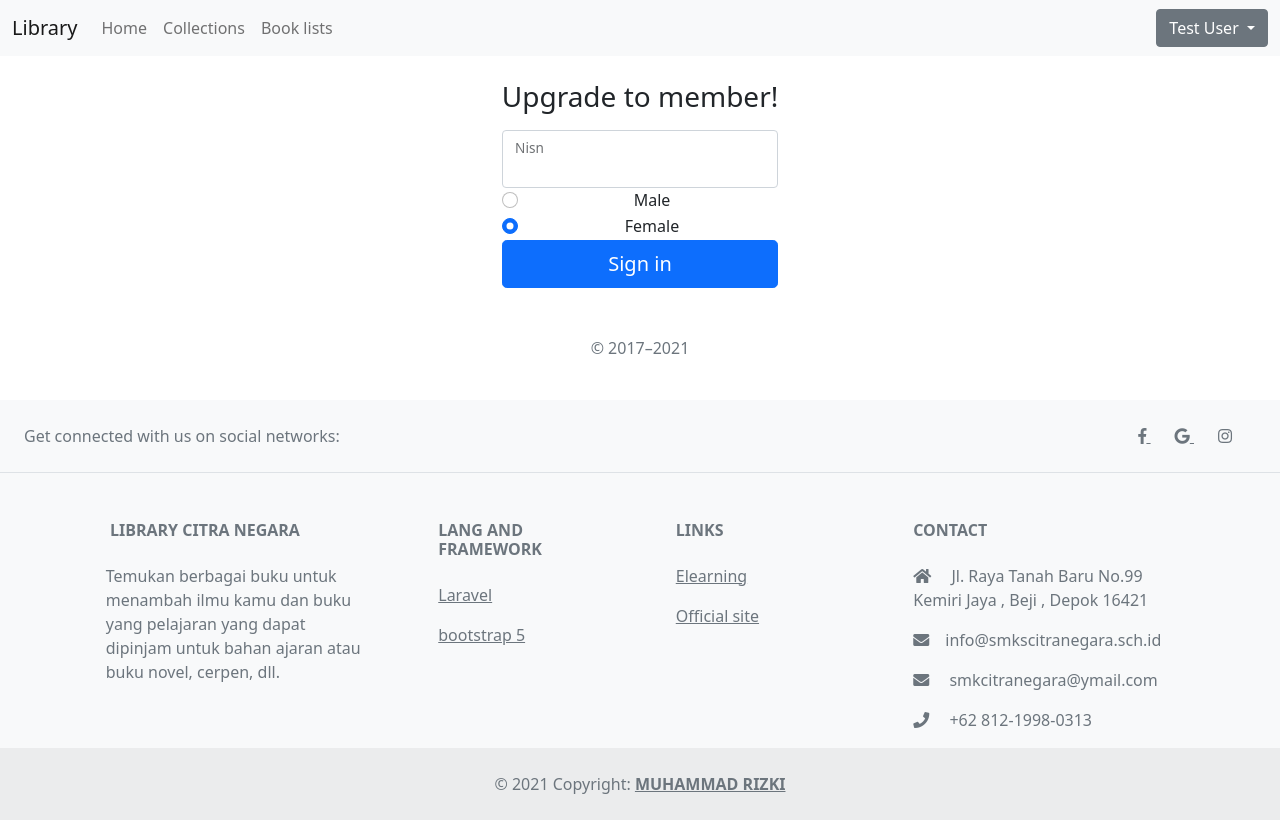
Repository: humanrizki/app-perpus-laravel-8
Page: resources/views/profile/show.blade.php
The author's editor kept a copy of each file at every save. The page is drawn from the files as they stood at one save, then again after the next save.
The browser window is 1280 px wide. The pictures show the whole page.
Some web libraries are served in a nearby version. The page is served by the project's Laravel application, run on PHP 8.4 with Laravel 8. A made-up administrator, Test User (test@example.com), is signed in. The template is opened directly, without the code that normally fills it, so the values that code supplies are empty.

Above is the page before, as saved 2021-11-26 15:10:33.

After the next save:
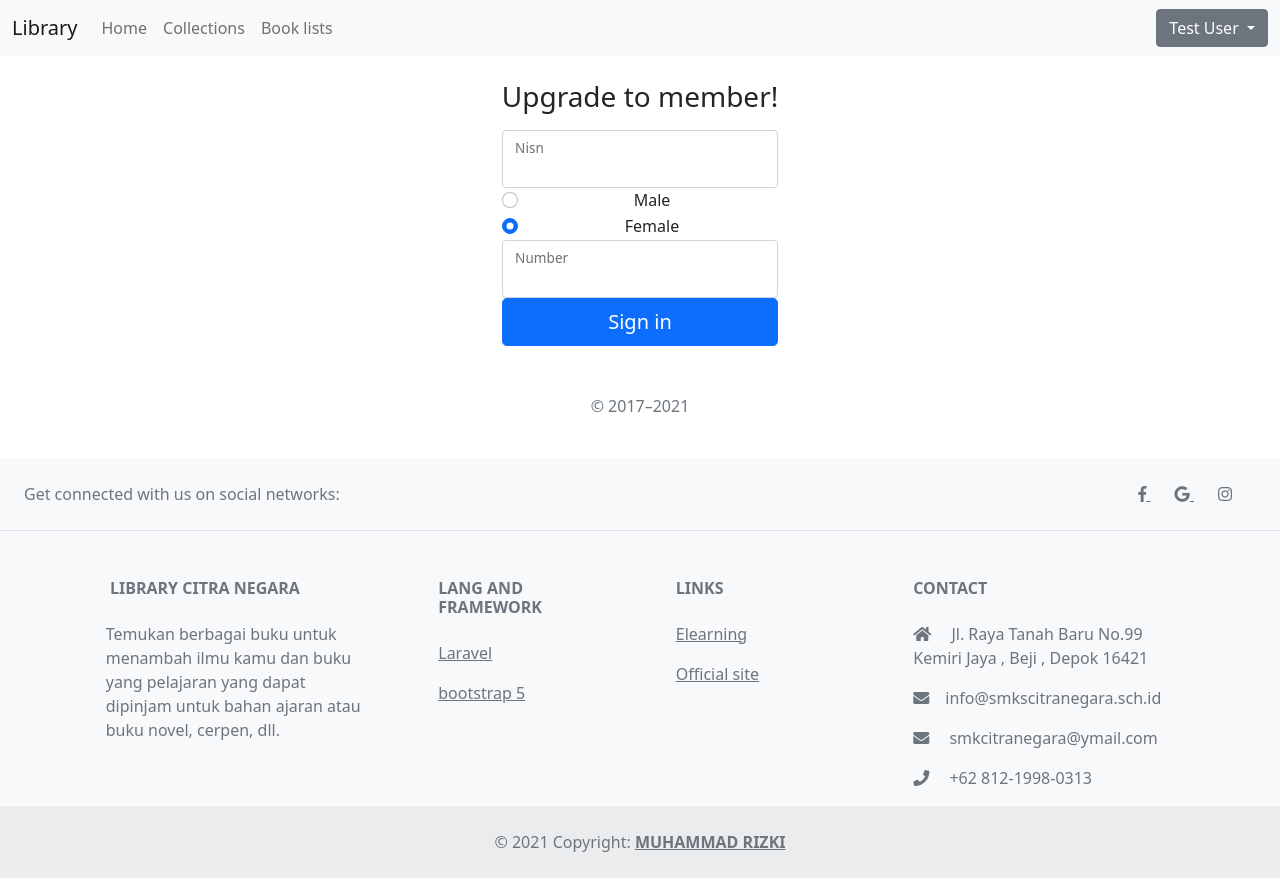
Saved 25 s later.
--- a/resources/views/profile/show.blade.php
+++ b/resources/views/profile/show.blade.php
@@ -31,6 +31,10 @@
                                 Female
                             </label>
                         </div>
+                        <div class="form-floating">
+                            <input type="text" class="form-control" id="floatingInput"  name="nisn">
+                            <label for="floatingInput">Number</label>
+                        </div>
                     @else
                         Mantap
                     @endif
